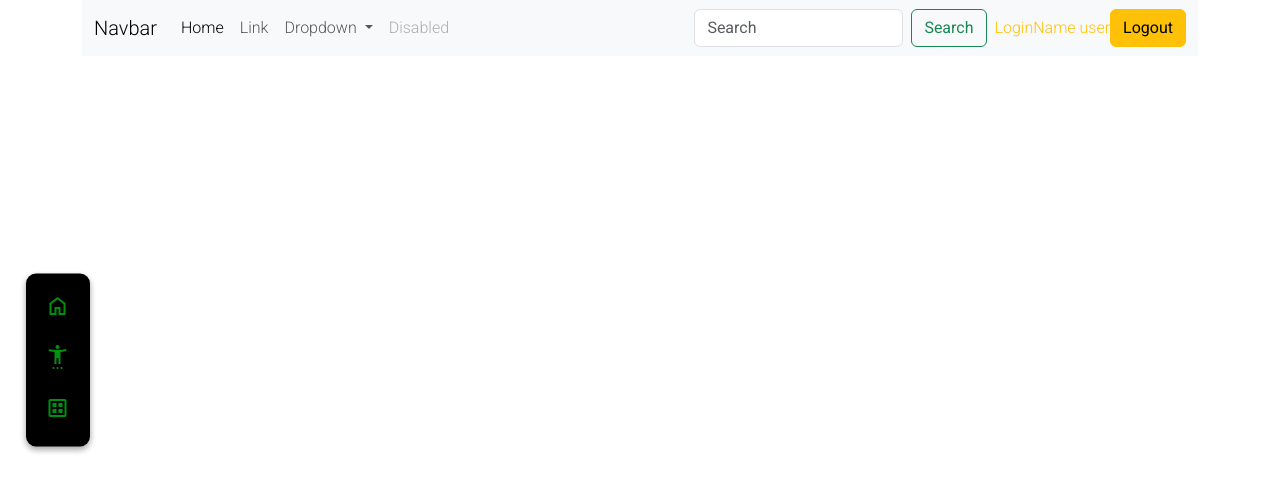
Repository: tuankiet10920/homeworkFEF
Page: /about
The author's editor kept a copy of each file at every save. The page is drawn from the files as they stood at one save, then again after the next save.
The browser window is 1280 px wide. The pictures show the whole page.
The project was rebuilt for these pictures with package versions that can differ from the ones it lists, and the page was loaded fresh each time. Also part of the build but not shown: vite.config.js, src/views/HomeView.vue. Imported but missing from the stored project, and not drawn on this page: src/assets/audio/intro.mp3.

Above is the page before, as saved 2024-11-10 17:50:17.

### index.html
<!doctype html>
<html lang="en">
  <head>
    <meta charset="UTF-8" />
    <link rel="icon" href="/favicon.ico" />
    <meta name="viewport" content="width=device-width, initial-scale=1.0" />
    <link
      href="https://cdn.jsdelivr.net/npm/bootstrap@5.3.3/dist/css/bootstrap.min.css"
      rel="stylesheet"
      integrity="sha384-QWTKZyjpPEjISv5WaRU9OFeRpok6YctnYmDr5pNlyT2bRjXh0JMhjY6hW+ALEwIH"
      crossorigin="anonymous"
    />
    <link
      rel="stylesheet"
      href="https://fonts.googleapis.com/css2?family=Material+Symbols+Outlined:opsz,wght,FILL,GRAD@20..48,100..700,0..1,-50..200"
    />
    <link rel="preconnect" href="https://fonts.googleapis.com" />
    <link rel="preconnect" href="https://fonts.gstatic.com" crossorigin />
    <link
      href="https://fonts.googleapis.com/css2?family=Roboto:ital,wght@0,100;0,300;0,400;0,500;0,700;0,900;1,100;1,300;1,400;1,500;1,700;1,900&display=swap"
      rel="stylesheet"
    />
    <title>Vite App</title>
    <link rel="stylesheet" href="./src/assets/css/main.css" />
  </head>
  <body>
    <div id="app"></div>
    <script
      src="https://cdn.jsdelivr.net/npm/bootstrap@5.3.3/dist/js/bootstrap.bundle.min.js"
      integrity="sha384-YvpcrYf0tY3lHB60NNkmXc5s9fDVZLESaAA55NDzOxhy9GkcIdslK1eN7N6jIeHz"
      crossorigin="anonymous"
    ></script>
    <script type="module" src="/src/main.js"></script>
  </body>
</html>

### src/assets/css/main.css
* {
  margin: 0;
  padding: 0;
  box-sizing: border-box;
  text-decoration: none;
  color: #000;
  font-size: 16px;
  font-family: 'Roboto', sans-serif;
  font-weight: 300;
  font-style: normal;
}

### src/App.vue
<script setup>
import { RouterLink, RouterView } from 'vue-router'
import GetSrcImage from './assets/help/getSrcImage.js'
import Icon from './components/Icon.vue'
</script>

<template>
  <header>
    <div class="wrapper">
      <nav>
        <RouterLink to="/">
          <Icon iconName="home" />
        </RouterLink>

        <RouterLink to="/about">
          <Icon iconName="settings_accessibility" />
        </RouterLink>

        <RouterLink to="/labs">
          <Icon iconName="dataset" />
        </RouterLink>
      </nav>
    </div>
  </header>
  <RouterView />
</template>

<style scoped>
.wrapper nav a {
  margin-bottom: 20px;
  width: fit-content;
  text-decoration: none;
}
.wrapper nav a span {
  color: #009011;
}
.wrapper nav a:last-child {
  margin-bottom: 0;
}
nav {
  display: flex;
  flex-direction: column;
  justify-content: center;
  position: absolute;
  top: 50%;
  left: 2%;
  transform: translateY(-50%);
  padding: 20px;
  border-radius: 10px;
  background: #000;
  box-shadow:
    rgba(0, 0, 0, 0.16) 0px 3px 6px,
    rgba(0, 0, 0, 0.23) 0px 3px 6px;
}
</style>

### src/router/index.js
import { createRouter, createWebHistory } from 'vue-router'
import HomeView from '../views/HomeView.vue'

const router = createRouter({
  history: createWebHistory(import.meta.env.BASE_URL),
  routes: [
    {
      path: '/',
      name: 'home',
      component: HomeView,
    },
    {
      path: '/about',
      name: 'about',
      // route level code-splitting
      // this generates a separate chunk (About.[hash].js) for this route
      // which is lazy-loaded when the route is visited.
      component: () => import('../views/AboutView.vue'),
    },
    {
      path: '/labs',
      name: 'labs',
      component: () => import('../views/LabView.vue'),
    }
  ],
})

export default router

### src/assets/help/getSrcImage.js
const getSrcImage = (image) => {
    let __path = 'http://localhost:5173/src/assets/img/'
    return __path + image
}
export default getSrcImage

### src/components/Icon.vue
<script setup>
const props = defineProps(['iconName'])
</script>
<template>
  <span class="material-symbols-outlined"> {{ props.iconName }} </span>
</template>
<style scoped></style>

### src/views/AboutView.vue
<script setup>
import Bai5 from '../Labs/Lab3/Bai5.vue'
</script>
<template>
  <Bai5 />
</template>

<style></style>

### src/Labs/Lab3/Bai5.vue
<script setup></script>
<template>
  <div class="container">
    <nav class="navbar navbar-expand-lg bg-body-tertiary">
      <div class="container-fluid">
        <a class="navbar-brand" href="#">Navbar</a>
        <button
          class="navbar-toggler"
          type="button"
          data-bs-toggle="collapse"
          data-bs-target="#navbarSupportedContent"
          aria-controls="navbarSupportedContent"
          aria-expanded="false"
          aria-label="Toggle navigation"
        >
          <span class="navbar-toggler-icon"></span>
        </button>
        <div class="collapse navbar-collapse" id="navbarSupportedContent">
          <ul class="navbar-nav me-auto mb-2 mb-lg-0">
            <li class="nav-item">
              <a class="nav-link active" aria-current="page" href="#">Home</a>
            </li>
            <li class="nav-item">
              <a class="nav-link" href="#">Link</a>
            </li>
            <li class="nav-item dropdown">
              <a
                class="nav-link dropdown-toggle"
                href="#"
                role="button"
                data-bs-toggle="dropdown"
                aria-expanded="false"
              >
                Dropdown
              </a>
              <ul class="dropdown-menu">
                <li><a class="dropdown-item" href="#">Action</a></li>
                <li><a class="dropdown-item" href="#">Another action</a></li>
                <li><hr class="dropdown-divider" /></li>
                <li>
                  <a class="dropdown-item" href="#">Something else here</a>
                </li>
              </ul>
            </li>
            <li class="nav-item">
              <a class="nav-link disabled" aria-disabled="true">Disabled</a>
            </li>
          </ul>
          <form class="d-flex" role="search">
            <input
              class="form-control me-2"
              type="search"
              placeholder="Search"
              aria-label="Search"
            />
            <button class="btn btn-outline-success" type="submit">
              Search
            </button>
          </form>
          <div class="auth d-flex align-items-center ms-2" style="height: 100%">
            <p class="text-warning mb-0">Login</p>
            <div class="auth-success d-flex align-items-center">
              <p class="text-warning mb-0">Name user</p>
              <button type="button" class="btn btn-warning">Logout</button>
            </div>
          </div>
        </div>
      </div>
    </nav>
  </div>
</template>
<style scoped></style>

Loaded but not shown: src/main.js (common file)

After the next save:
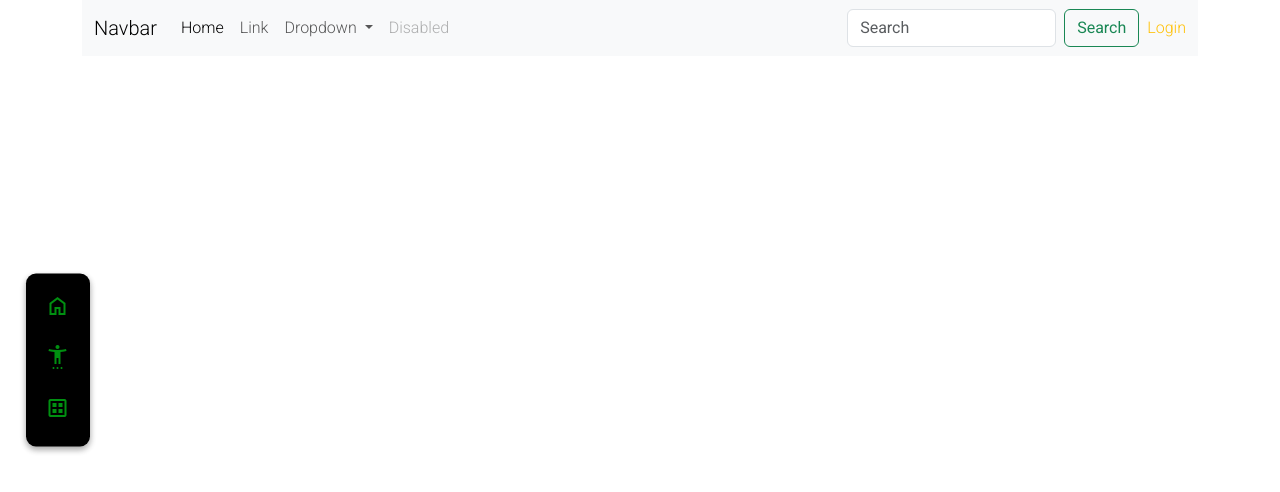
Saved 6 s later.
--- a/src/Labs/Lab3/Bai5.vue
+++ b/src/Labs/Lab3/Bai5.vue
@@ -59,7 +59,7 @@
           </form>
           <div class="auth d-flex align-items-center ms-2" style="height: 100%">
             <p class="text-warning mb-0">Login</p>
-            <div class="auth-success d-flex align-items-center">
+            <div class="auth-success d-flex align-items-center d-none">
               <p class="text-warning mb-0">Name user</p>
               <button type="button" class="btn btn-warning">Logout</button>
             </div>
